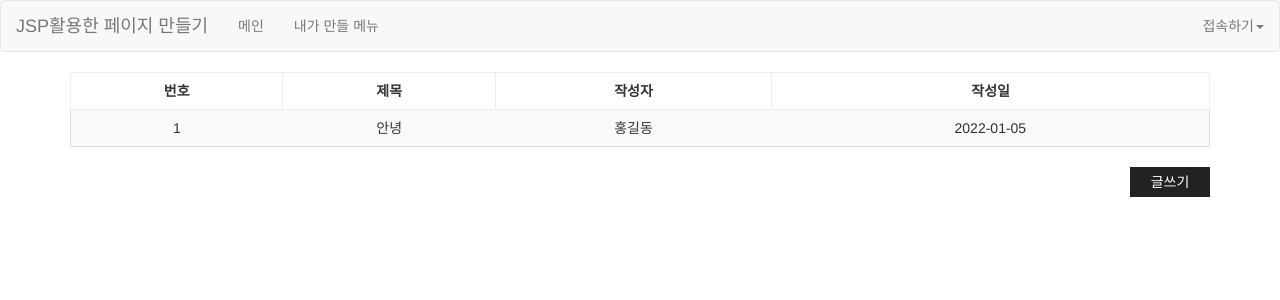
Repository: taeillee1/Newstudy
Page: http://localhost/SpringMVCJava/WEB-INF/views/Mymenu.jsp
The author's editor kept a copy of each file at every save. The page is drawn from the files as they stood at one save, then again after the next save.
The browser window is 1280 px wide. The pictures show the whole page.
Some web libraries are served in a nearby version. The page is served by Tomcat 9. Nobody is signed in. The template is opened directly, without the code that normally fills it, so the values that code supplies are empty.

Above is the page before, as saved 2022-01-05 10:08:10.

After the next save:
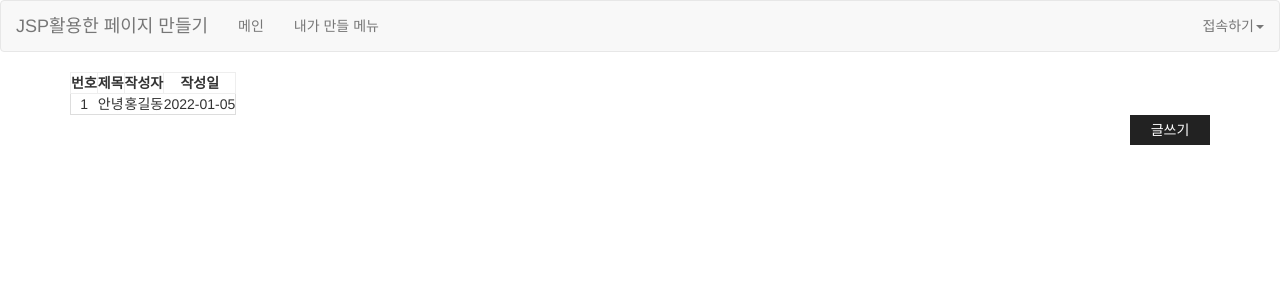
Saved 15 min 11 s later.
--- a/Newpage/SpringMVCJava/src/main/webapp/WEB-INF/views/Mymenu.jsp
+++ b/Newpage/SpringMVCJava/src/main/webapp/WEB-INF/views/Mymenu.jsp
@@ -82,7 +82,7 @@
 		</div>
 	</nav>
 	<div class="container">
-		<table class="table table-striped" style="text-align:center; border:1px solid #dddddd">
+		<table style="text-align:center; border:1px solid #dddddd">
 			<thead><!-- 테이블의 제목부분으로 가장 윗줄에 해당하여 각각의 속성을 알려줌 -->
 				<tr> <!-- 테이블의 하나의 행을 의미 -->
 					<th style="text-align:center; border:1px solid #eeeeee">번호</th>
